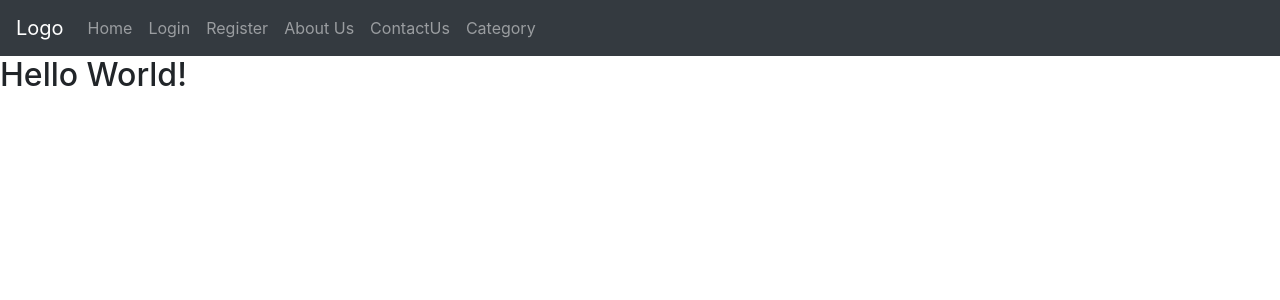
Repository: ramizkhan037/Java-Project
Page: http://localhost/Frontend/
The author's editor kept a copy of each file at every save. The page is drawn from the files as they stood at one save, then again after the next save.
The browser window is 1280 px wide. The pictures show the whole page.
The page is served by Tomcat 9. Nobody is signed in. The application's start-up code is not run.

Above is the page before, as saved 2018-12-02 12:19:49.

After the next save:
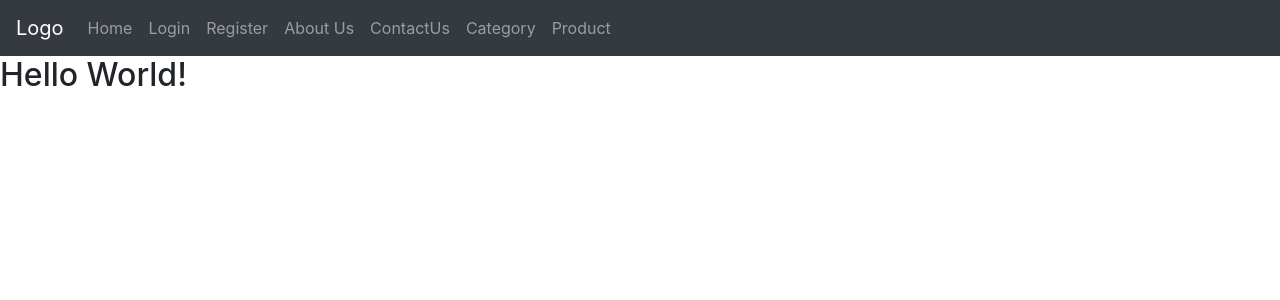
Saved 3 min 53 s later.
--- a/Frontend/src/main/webapp/WEB-INF/views/Header.jsp
+++ b/Frontend/src/main/webapp/WEB-INF/views/Header.jsp
@@ -44,6 +44,9 @@
     <li class="nav-item">
       <a class="nav-link" href="category">Category</a>
     </li>
+     <li class="nav-item">
+      <a class="nav-link" href="product">Product</a>
+    </li>
   </ul>
   </div>
 
